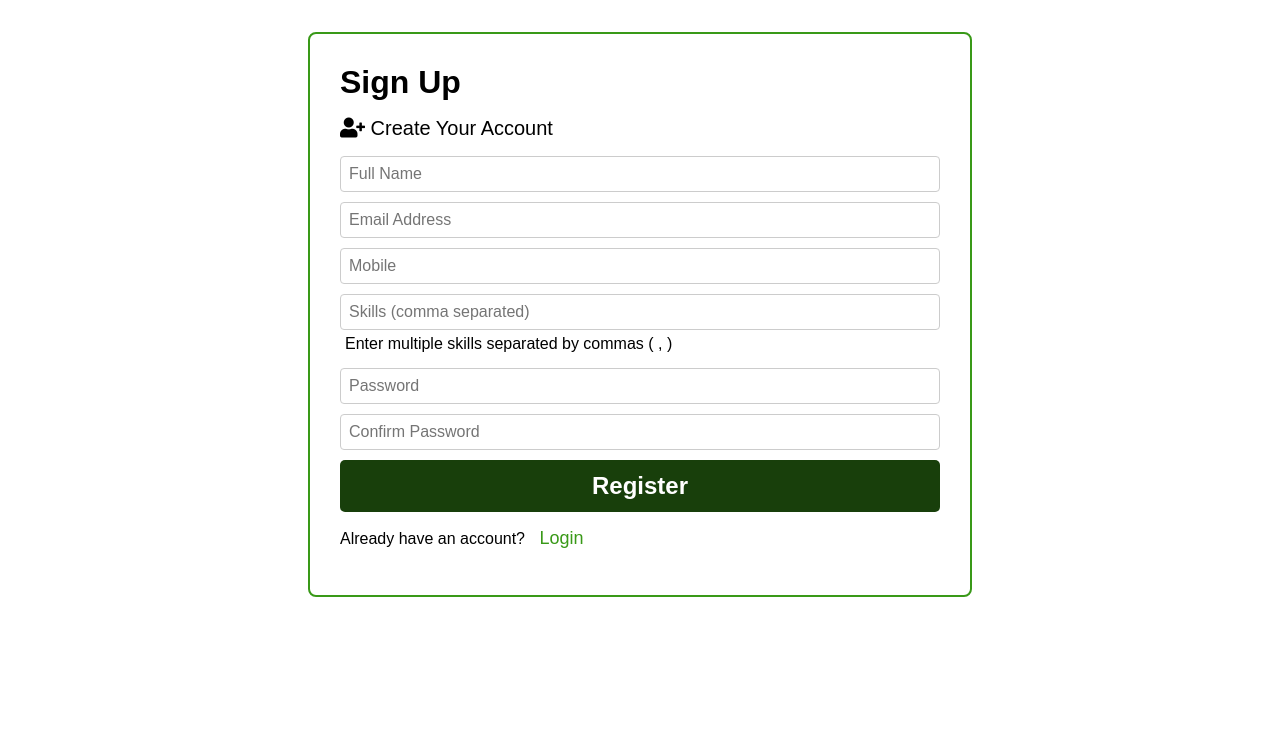
Repository: sayyad-mukthumsa-123/DevMania
Page: /register (app in frontend/)
The author's editor kept a copy of each file at every save. The page is drawn from the files as they stood at one save, then again after the next save.
The browser window is 1280 px wide. The pictures show the whole page.
The pointer rests on the first visible `.btn`.
The project was rebuilt for these pictures with package versions that can differ from the ones it lists, and the page was loaded fresh each time. Also part of the build but not shown: frontend/src/pages/Home.js, frontend/src/pages/login.js, frontend/src/pages/Allprofiles.js, frontend/src/pages/MyProfile.js, frontend/src/pages/Indprofile.js.

Above is the page before, as saved 2025-03-01 00:04:39.

### frontend/public/index.html
<!-- public/index.html -->
<!DOCTYPE html>
<html lang="en">
<head>
  <meta charset="UTF-8">
  <meta name="viewport" content="width=device-width, initial-scale=1.0">
  <title>Developers Hub</title>
  <link rel="stylesheet" href="https://cdnjs.cloudflare.com/ajax/libs/font-awesome/5.15.3/css/all.min.css">
</head>
<body>
  <div id="root"></div>
</body>
</html>

### frontend/src/App.js
import React from 'react'
import {BrowserRouter,Route,Routes} from 'react-router-dom'
import Home from './pages/Home'
import Login from './pages/login'
import Register from './pages/register'
import Allprofiles from './pages/Allprofiles'
import MyProfile from './pages/MyProfile'
import Indprofile from './pages/Indprofile'

const App = () => {
  return (
    <div>

      <BrowserRouter>
      <Routes>
        <Route path='/' exact Component={Home}/>
        <Route path='/login' exact Component={Login}/>
        <Route path='/register' exact Component={Register}/>
        <Route path='/allprofiles' exact Component={Allprofiles}/>
        <Route path='/myprofile' exact Component={MyProfile}/>
        <Route path='/indprofile/:fullname/:email/:skill/:id' exact Component={Indprofile}/>
      </Routes>
      </BrowserRouter>
    </div>
  )
}

export default App

### frontend/src/pages/register.js
import React, { useState } from 'react';
import { Link, useNavigate } from 'react-router-dom';
import axios from 'axios';
import '../styles/styles.css';

const Register = () => {
    const [formData, setFormData] = useState({
        fullname: '',
        email: '',
        mobile: '',
        skill: '',
        password: '',
        confirmPassword: ''
    });

    const navigate = useNavigate();

    const handleChange = e => {
        setFormData({ ...formData, [e.target.name]: e.target.value });
    };

    const handleSubmit = async e => {
        e.preventDefault();

        if (formData.password !== formData.confirmPassword) {
            alert("Passwords do not match");
            return;
        }

        try {
            const response = await axios.post('http://localhost:5000/register', formData, {
                headers: {
                    'Content-Type': 'application/json',
                }
            });

            if (response.status === 200) {
                console.log('Success:', response.data);
                alert('Registration successful! Please log in.');
                navigate('/login');
            } else {
                console.error('Error:', response.statusText);
            }
        } catch (error) {
            console.error('Error:', error);
        }
    };

    return (
        <div>
            <section className="container">
                <h1 className='large'>Sign Up</h1>
                <p className='lead'><i className="fas fa-user-plus"></i> Create Your Account</p>
                <form className='form' onSubmit={handleSubmit} autoComplete='off'>
                    <div className='form-group'>
                        <input
                            type='text'
                            placeholder='Full Name'
                            name="fullname"
                            value={formData.fullname}
                            onChange={handleChange}
                            required
                        />
                    </div>
                    <div className='form-group'>
                        <input
                            type='email'
                            placeholder='Email Address'
                            name="email"
                            value={formData.email}
                            onChange={handleChange}
                            required
                        />
                    </div>
                    <div className='form-group'>
                        <input
                            type='text'
                            placeholder='Mobile'
                            name="mobile"
                            value={formData.mobile}
                            onChange={handleChange}
                            required
                        />
                    </div>
                    <div className='form-group'>
                        <input
                            type='text'
                            placeholder='Skills (comma separated)'
                            name="skill"
                            value={formData.skill}
                            onChange={handleChange}
                            required
                        />
                        <p className='form-text'>Enter multiple skills separated by commas ( , )</p>
                    </div>
                    <div className='form-group'>
                        <input
                            type='password'
                            placeholder='Password'
                            name="password"
                            value={formData.password}
                            onChange={handleChange}
                            minLength='6'
                            required
                        />
                    </div>
                    <div className='form-group'>
                        <input
                            type='password'
                            placeholder='Confirm Password'
                            name="confirmPassword"
                            value={formData.confirmPassword}
                            onChange={handleChange}
                            minLength='6'
                            required
                        />
                    </div>
                    <input type='submit' className='btn' value="Register" />
                </form>
                <p className="text">
                    Already have an account? <Link to="/login" className='link-auth'>Login</Link>
                </p>
            </section>
        </div>
    );
}

export default Register;

### frontend/src/styles/styles.css
/* General reset */
body, html {
  margin: 0;
  padding: 0;
  font-family: Arial, sans-serif;
  width: 100%;
  min-height: 100vh;

}

/* Navbar styles */
.navbar {
  display: flex;
  justify-content: space-between;
  align-items: center;
  padding: 4px;
  font-size: x-large;
  background-color: #22580f
}

.navbar h1 a {
  color: #ffffff;
  text-decoration: none;
}

.navbar ul {
  list-style: none;
  display: flex;
  margin: 0;
  padding: 10px;
  font-size: larger;
}
.navbar ul li
{
  padding: 10px;
  transition: all 0.3s ease;
}
.navbar ul li:hover
{
  transform: scale(1.2);
}
.navbar ul li {
  margin-left: 1rem;
}

.navbar ul li a {
  color: #ffffff;
  text-decoration: none;
}

/* Landing page styles */
/* .landing {
  height: 100%;
  display: flex;
  align-items: center;
  justify-content: center;
  color: black;
  position: relative;
}

.dark-overlay {
  position: absolute;
  top: 0;
  left: 0;
  right: 0;
  bottom: 0;
}

.landing-inner {
  text-align: center;
  z-index: 2;
  position: relative;
}

.x-large {
  font-size: 4rem;
}

.lead {
  font-size: 1.5rem;
  margin-bottom: 2rem;
  color: black;
}

.buttons .btn ,.btn{
  margin: 3rem 2rem;
  padding: 0.75rem 1.25rem;
  border: none;
  border-radius: 5px;
  cursor: pointer;
  text-decoration: none;
  font-size: x-large;
  background-color:#399918 ;
  color: #ffffff;
}


.btn-auth {
  transition: all 0.3s ease;
}
.btn-auth:hover
{
  transform: scale(1.1);
} */

.landing {
  height: 100vh;
  display: flex;
  align-items: center;
  justify-content: center;
  color: white;
  position: relative;
  background: url('../images/home.png') no-repeat center center/cover;
  text-align: center;
  flex-direction: column;
}

.dark-overlay {
  position: absolute;
  top: 0;
  left: 0;
  right: 0;
  bottom: 0;
  background: rgba(0, 0, 0, 0.6); /* Adds a dark overlay for better text visibility */
  display: flex;
  flex-direction: column;
  justify-content: center;
  align-items: center;
}

.landing-inner {
  text-align: center;
  z-index: 2;
  position: relative;
  padding: 2rem;
  max-width: 800px;
}

.x-large {
  font-size: 4rem;
  font-weight: bold;
}

.lead {
  font-size: 1.5rem;
  margin-bottom: 2rem;
}

.buttons {
  display: flex;
  justify-content: center;
  gap: 1.5rem;
}

.btn, .btn-auth {
  width: auto;
  padding: 0.75rem 1.5rem;
  border: none;
  border-radius: 8px;
  cursor: pointer;
  text-decoration: none;
  font-size: 1.25rem;
  font-weight: bold;
  background-color: #399918;
  color: #ffffff;
  transition: all 0.3s ease;
}

.btn:hover,.btn-auth:hover {
  background-color:#183f0b;
  transition: all;
}

/* Ensure Navbar stays at the top */
.navbar {
  position: absolute;
  top: 0;
  left: 0;
  width: 100%;
  z-index: 3;
}


/* Container styles */
.container {
  width: 600px;
  margin: 2rem auto;
  padding: 30px;
  border: 2px solid #399918;
  color: black;
  border-radius: 8px;
  position: relative; /* To ensure proper z-index handling */
  z-index: 1; /* Ensures the container is above any background effects */
}

/* Form styles */
.form {


  display: flex;
  flex-direction: column;
}

.form-group {
  margin-bottom: 1.5rem;
}

.form-text
{
  margin:5px !important;
}
/* .form-group input {
  width: 10%;
  padding: 0.75rem;
  font-size: 1rem;
  border: 1px solid black;
  border-radius: 5px;
  transition: border-color 0.3s ease-in-out, box-shadow 0.3s ease-in-out;
} */

.form-group input:focus {
  border-color: #f6f7f9;
  box-shadow: 0 0 8px rgba(0, 123, 255, 0.3);
  outline: none;
}

.btn {
  display: inline-block;
  padding: 0.75rem 1.5rem;
  border: none;
  border-radius: 5px;
  cursor: pointer;
  text-decoration: none;
  font-size: 1.5rem;
  text-align: center;
}

/* .btn-primary {
  background-color: #007bff;
  color: #ffffff;
}

.btn-primary:hover {
  background-color: #0056b3;
  opacity: 0.9;
} */

/* .text-primary {
  color: #f6f8fb;
} */

.large {
  margin: 0 !important;
  font-size: 2rem;
  margin-bottom: 1rem;
}

.lead {
  font-size: 1.25rem;
  margin-bottom: 1rem;
}

.error {
  color: red;
  margin-top: 1rem;
}

p {
  margin-top: 1rem;
}
.link-auth{
  color:#399918;
  text-decoration: none;
  cursor: pointer;
  padding-left:10px ;
  transition: all 0.3s ease;
  display: inline-block;
  font-size: large;
}
.link-auth:hover
{
  transform: scale(1.3);
}
/* Profiles styles */
.profiles {
  display: flex;
  flex-direction: column;
  gap: 1rem;
}

.profile {
  background-color: #f4f4f4;
  padding: 1rem;
  display: flex;
  align-items: center;
  border: 1px solid #ccc;
  box-shadow: 0 4px 8px rgba(0, 0, 0, 0.1);
  border-radius: 5px;
  margin-bottom: 1rem;
}

.profile .round-img {
  width: 100px;
  border-radius: 50%;
  margin-right: 1rem;
}

.profile-info {
  flex: 1;
}

.profile-info h2 {
  margin: 0 0 0.5rem 0;
}

.profile-info p {
  margin: 0.5rem 0;
}

.profile-info .btn {
  display: inline-block;
  background-color:#399918;
  color: #fff;
  padding: 0.5rem 1rem;
  text-decoration: none;
  border-radius: 0.25rem;
  margin-top: 0.5rem;
  transition: all 0.3s ease;
}

.profile-info .btn:hover {
  transform: scale(1.1);
  background-color:#399918;
}

.profile-skills {
  list-style: none;
  padding: 0;
  display: flex;
  flex-direction: column;
  gap: 0.5rem;
  margin-left: 1rem;
  color: black;
}

.profile-skills li {
  display: flex;
  align-items: center;
  color:greenyellow;
}

.profile-skills li i {
  margin-right: 0.5rem;
}

/* GitHub Section */
.profile-github {
  margin-top: 1rem;
}

.profile-github h2 {
  margin-bottom: 1rem;
}

.repo {
  background: #fff;
  padding: 1rem;
  margin-bottom: 1rem;
  border: 1px solid #ccc;
}

.repo h4 {
  margin: 0.5rem 0;
}

.repo p {
  margin: 0.5rem 0;
}

/* Form */
.form {
  margin-top: 1rem;
}

.form-group {
  margin-bottom: 10px;
}

.form-group input {
  width:97%;
  padding: 0.5rem;
  border: 1px solid #ccc;
  border-radius: 0.25rem;
  font-size: 1rem;
}

.form-group input:focus {
  border-color: #007bff;
  outline: none;
}

/* .btn-primary {
  background: #007bff;
  color: #fff;
  border: none;
  padding: 0.5rem 1rem;
  cursor: pointer;
}

.btn-primary:hover {
  background: #0056b3;
} */

/* Profile Grid */
.profile-grid {
  display: grid;
  grid-template-columns: 1fr;
  grid-gap: 1rem;
  margin-top: 1rem;
}

.profile-top {
  background: #0a0a0a;
  color: #fff;
  padding: 1rem;
  text-align: center;
}

.profile-top img {
  width: 150px;
  border-radius: 50%;
}

.profile-top h1 {
  margin: 0.5rem 0;
}

.profile-top p {
  margin: 0.5rem 0;
}
a{
  color:aqua
}
 .white-text {
  color: black;
}
 .skill-text {
  /* background-color: #5e585c16;  */
  color: #c51414;
  padding: 10px 15px;
  border-radius: 5px;
  display: flex;
  align-items: center;
  font-size: 16px;
  margin-top: 2px;
  /* box-shadow: 0 2px 4px rgba(0, 0, 0, 0.1);  */
}


.skill-text i {
  color: #28a745;
  margin-right: 30px;
}
.taskprovider
{
  color:#28a745;
  text-decoration: none;
  font-size: xx-large;
}

Loaded but not shown: frontend/src/index.js (common file); frontend/src/index.css (common file); frontend/src/reportWebVitals.js (common file)

After the next save:
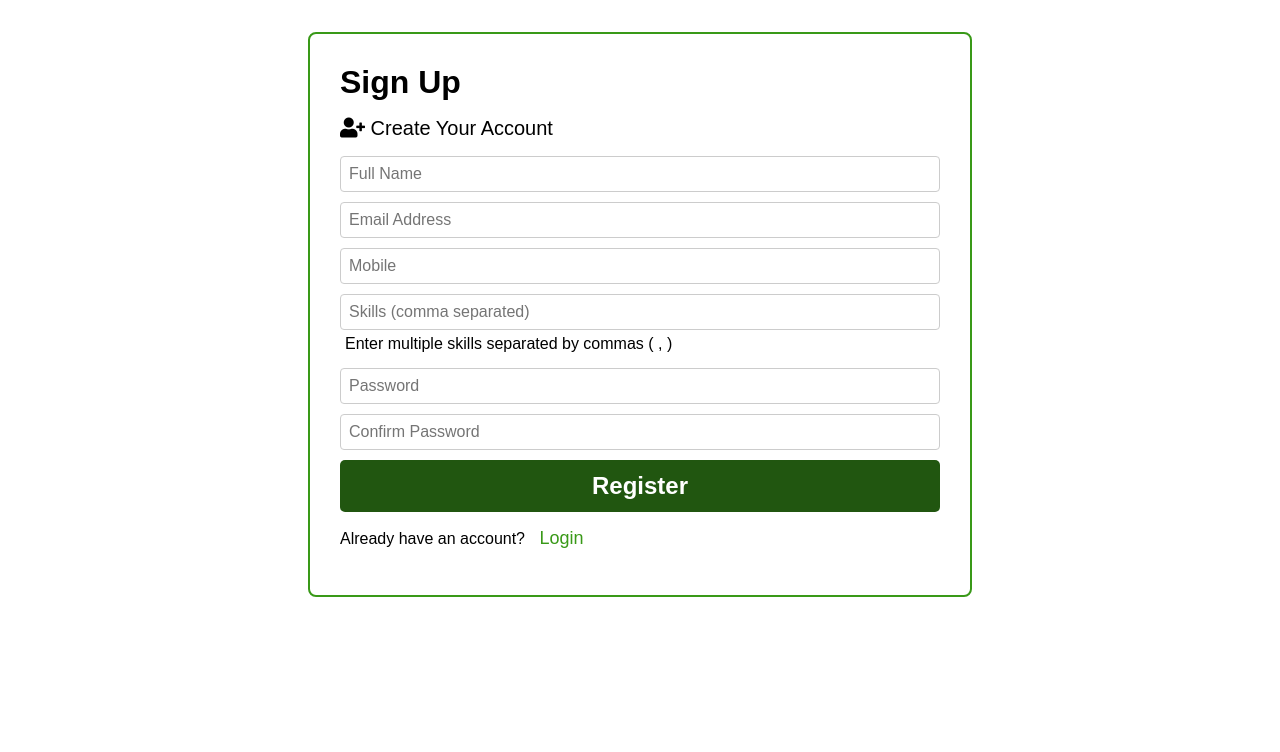
Saved 38 s later.
--- a/frontend/src/styles/styles.css
+++ b/frontend/src/styles/styles.css
@@ -167,7 +167,7 @@ body, html {
 }
 
 .btn:hover,.btn-auth:hover {
-  background-color:#183f0b;
+  background-color:#215610;
   transition: all;
 }
 
